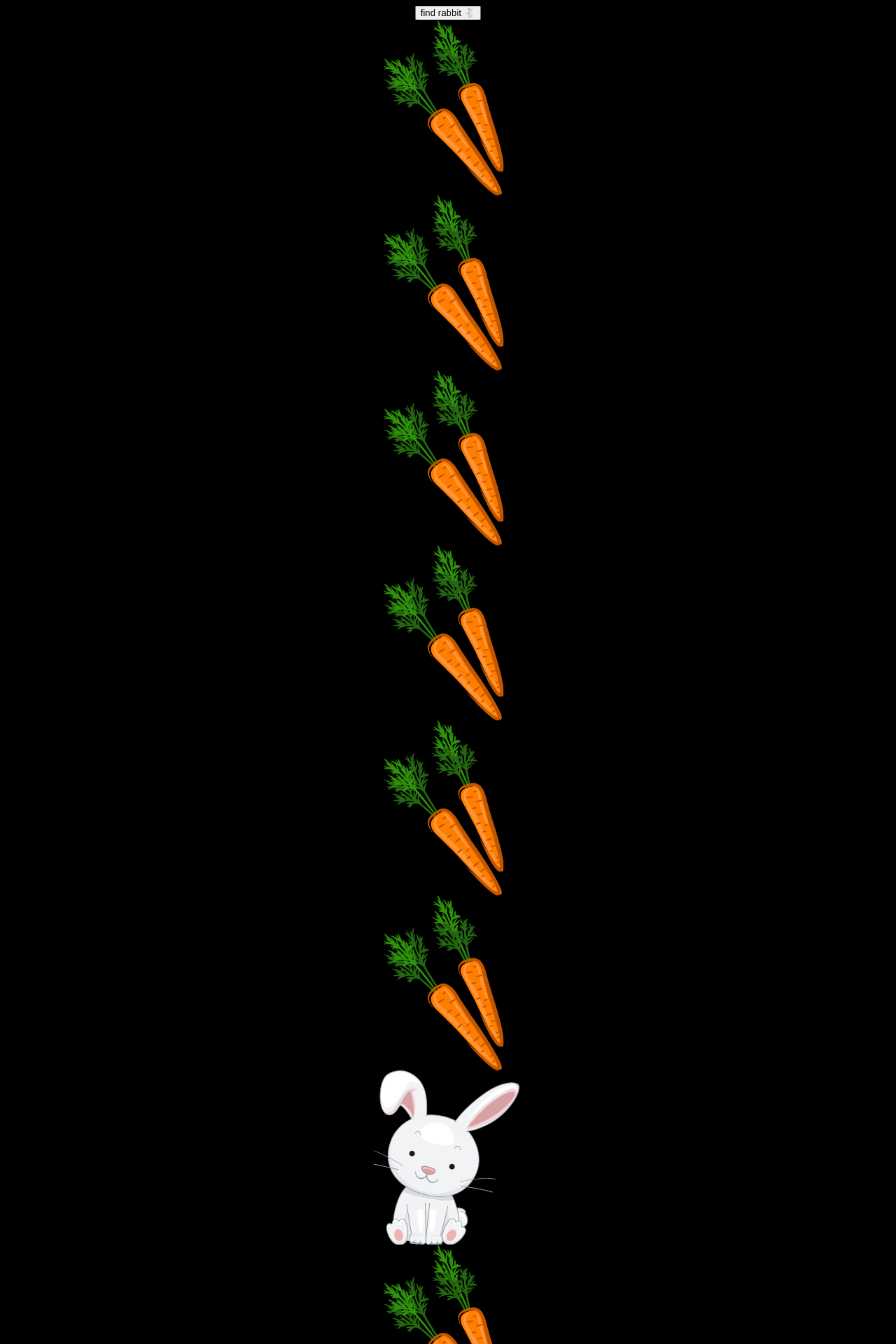
Repository: DongjaJ/Browser
Page: rabbits ans/index.html
An editor plug-in stored every save of this project. The page is shown before and after the next save, followed by the edit.
The browser window is 1280 px wide. The pictures show the part of the page from y = 0 to 1920 px (the page is 2786 px tall), at 70% of full size.

Above is the page before, as saved 2022-09-15 13:52:14.

### rabbits ans/index.html
<!DOCTYPE html>
<html lang="en">
  <head>
    <meta charset="UTF-8" />
    <meta name="viewport" content="width=device-width, initial-scale=1.0" />
    <title>Scroll</title>
    <style>
      body{
        text-align: center;
        background-color: black;
      }

      img{
        display: block;
        margin: auto;
      }

    </style>
  </head>
  <body>
    <button>find rabbit 🐇</button>
    <img src="img/carrot.png" alt="carrot" class="carrot">
    <img src="img/carrot.png" alt="carrot" class="carrot">
    <img src="img/carrot.png" alt="carrot" class="carrot">
    <img src="img/carrot.png" alt="carrot" class="carrot">
    <img src="img/carrot.png" alt="carrot" class="carrot">
    <img src="img/carrot.png" alt="carrot" class="carrot">
    <img src="img/rabbit.png" alt="rabbit" class="rabbit">
    <img src="img/carrot.png" alt="carrot" class="carrot">
    <img src="img/carrot.png" alt="carrot" class="carrot">
    <img src="img/carrot.png" alt="carrot" class="carrot">
    <img src="img/carrot.png" alt="carrot" class="carrot">



    <script></script>

  </body>
</html>

After the next save:
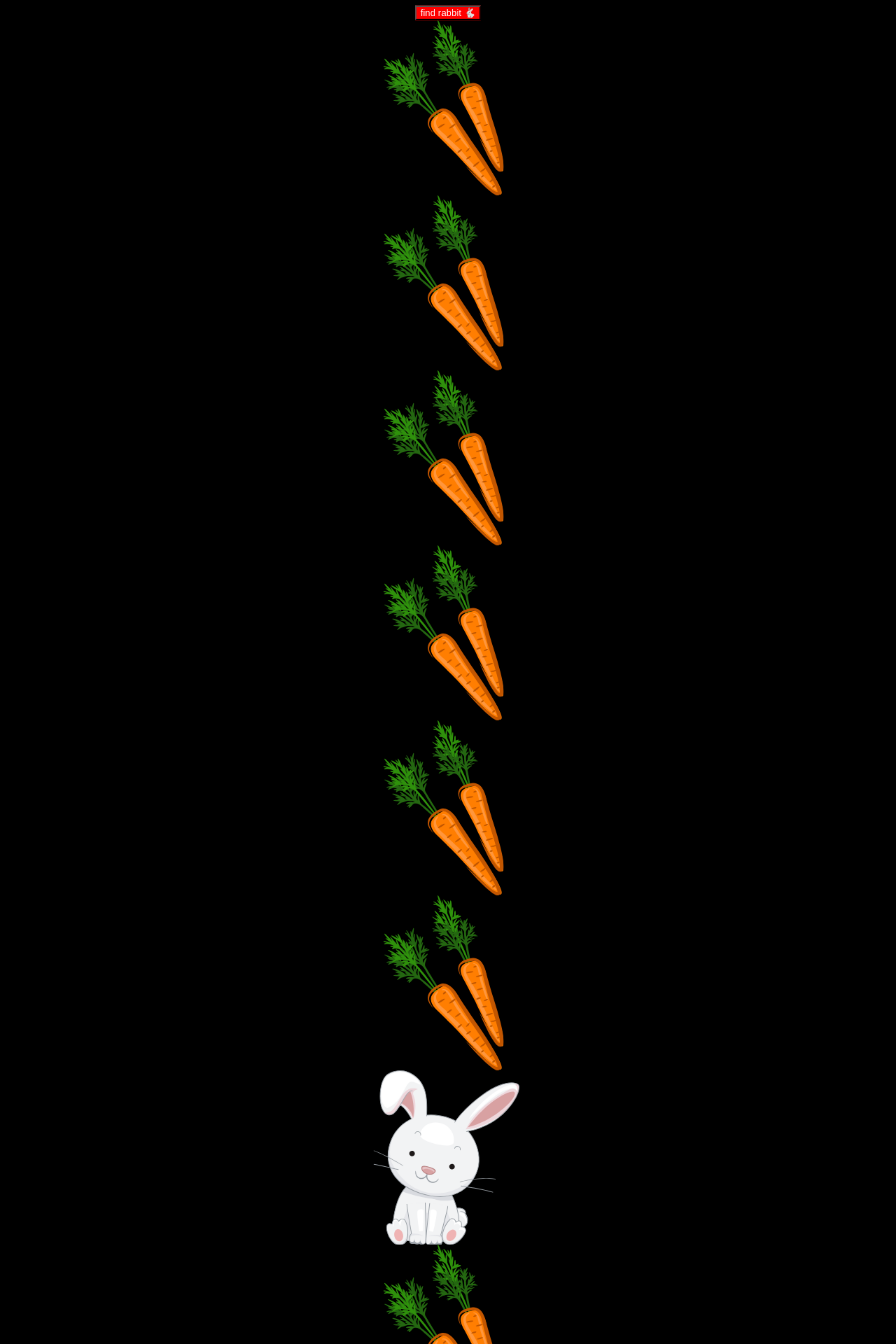
Saved 22 s later.
--- a/rabbits ans/index.html
+++ b/rabbits ans/index.html
@@ -8,6 +8,11 @@
       body{
         text-align: center;
         background-color: black;
+      }
+
+      button{
+        color: white;
+        background-color: red;
       }
 
       img{
